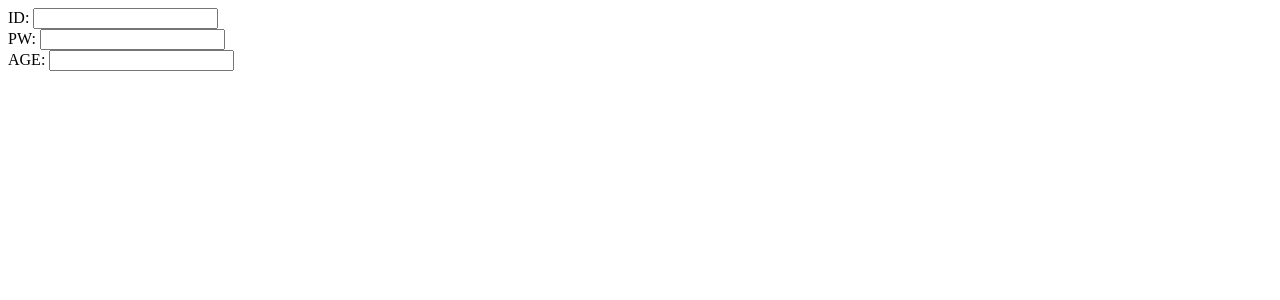
Repository: rmh6363/javastudy
Page: http://localhost/Test/insert.jsp
These files come from the project's save history. The page is drawn as it stood at one moment and after the next save; the edit follows.
The browser window is 1280 px wide. The pictures show the whole page.
The page is served by Tomcat 9. Other server files are loaded and not shown.

Above is the page before, as saved 2021-01-03 04:58:00.

### Test/WebContent/insert.jsp
<%@ page language="java" contentType="text/html; charset=UTF-8"
    pageEncoding="UTF-8"%>
     <%@ taglib uri="http://java.sun.com/jsp/jstl/core" prefix="c" %>
    <%@ taglib uri="http://java.sun.com/jsp/jstl/fmt" prefix="fmt" %>
    <%@ taglib uri="http://java.sun.com/jsp/jstl/functions" prefix="fn" %>
<!DOCTYPE html>
<html>
<head>
<meta charset="UTF-8">
<title>Insert title here</title>
<script src="https://ajax.googleapis.com/ajax/libs/jquery/3.5.1/jquery.min.js"></script>
</head>
<body>
	ID: <input name="id"><br>
	PW: <input name="pw" type="password"><br>
	AGE: <input name="AGE">
</body>
</html>

After the next save:
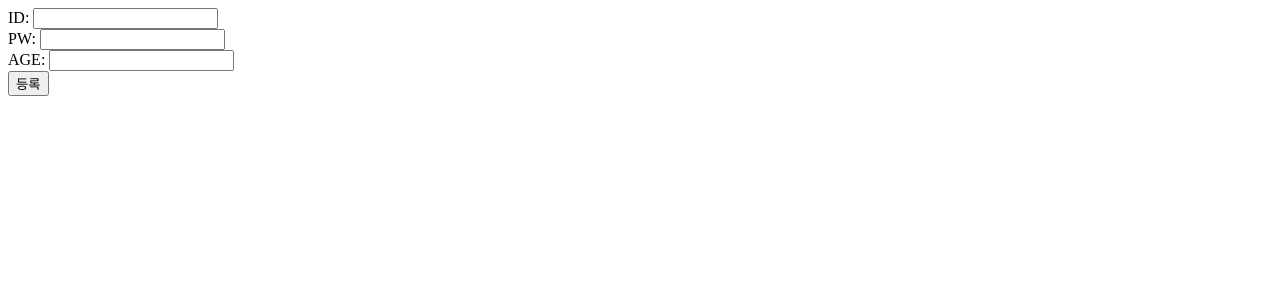
Saved 17 s later.
--- a/Test/WebContent/insert.jsp
+++ b/Test/WebContent/insert.jsp
@@ -13,6 +13,7 @@
 <body>
 	ID: <input name="id"><br>
 	PW: <input name="pw" type="password"><br>
-	AGE: <input name="AGE">
+	AGE: <input name="AGE"><br>
+	<input type="submit" value="등록">
 </body>
 </html>
